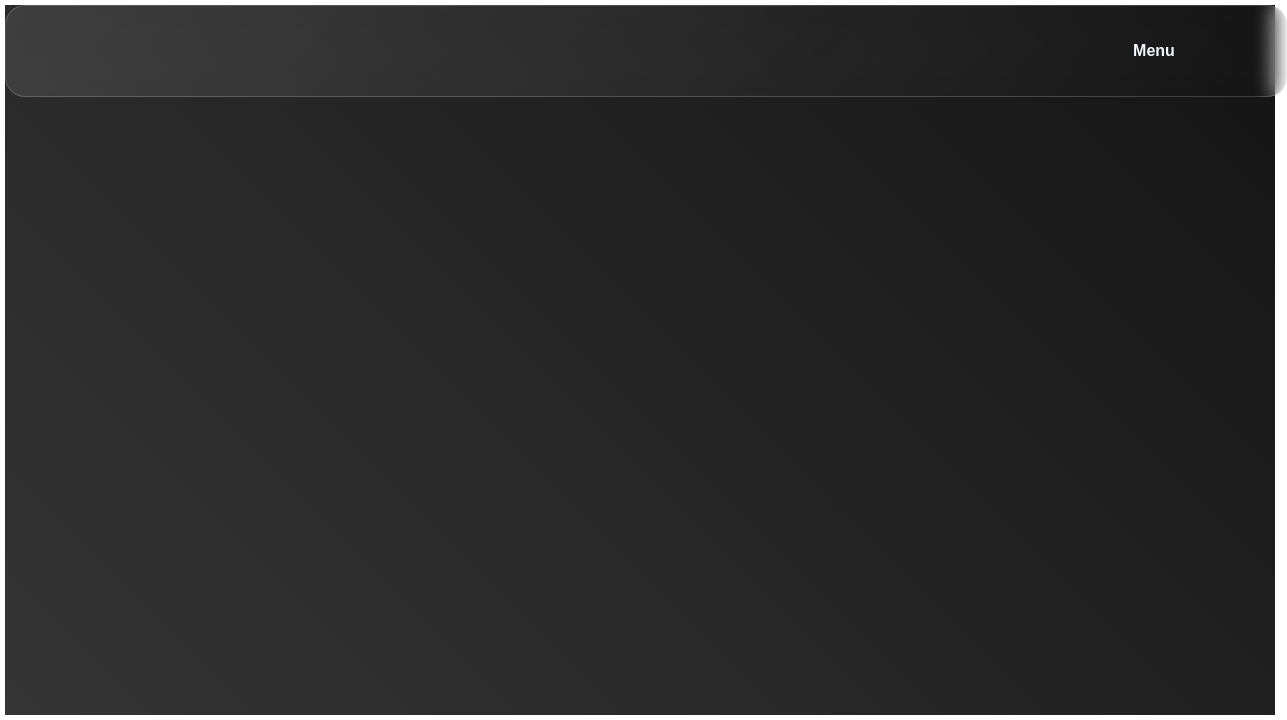
Repository: LynXHashib/dotfiles
Page: frontend/templates/messageTemplate.html
The author's editor kept a copy of each file at every save. The page is drawn from the files as they stood at one save, then again after the next save.
The browser window is 1280 px wide. The page is 1287 px wide, so the pictures cover 1287 px, including what lies to the right of the window. The pictures show the whole page.

Above is the page before, as saved 2024-10-28 19:50:14.

After the next save:
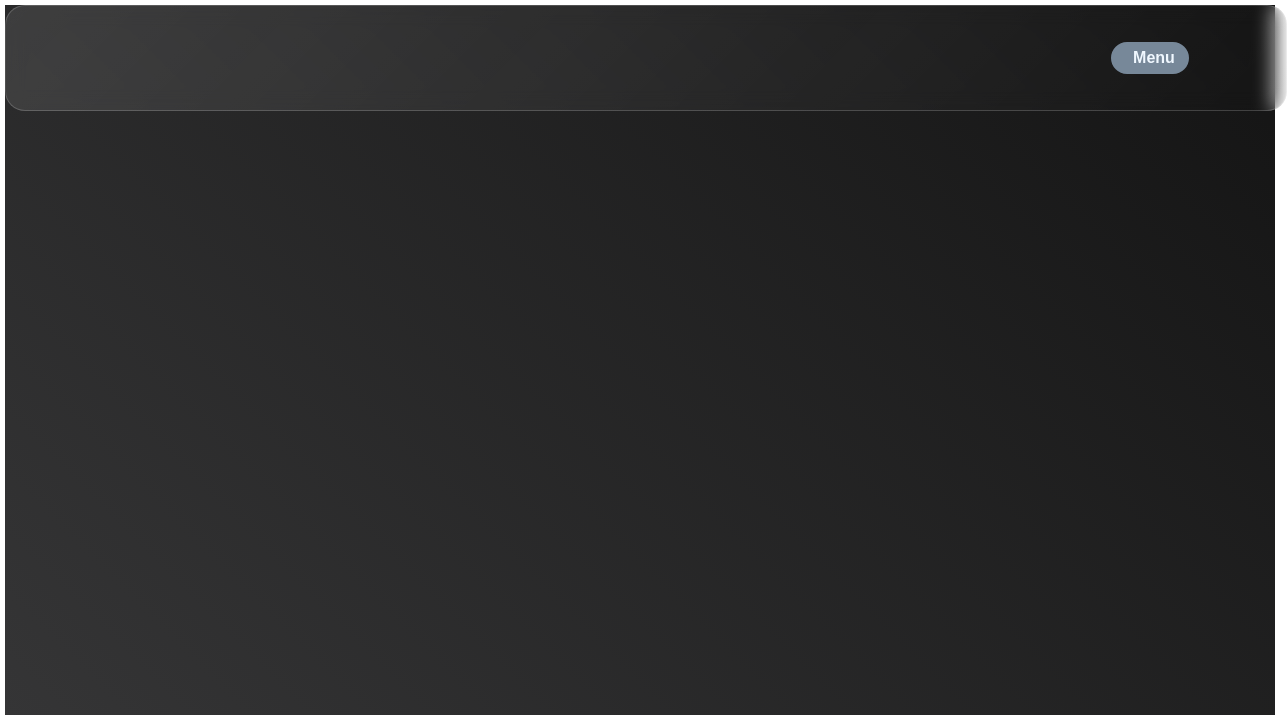
Saved 23 s later.
--- a/frontend/templates/messageTemplate.html
+++ b/frontend/templates/messageTemplate.html
@@ -2,6 +2,6 @@
   <link rel="stylesheet" href="../../style.css" />
   <div class="mainPanel">
     <div class="panelLeft"></div>
-    <div class="panelRight"><p class="btn menuBtn">Menu</p></div>
+    <div class="panelRight"><p class="btn btnMenu">Menu</p></div>
   </div>
 </div>
